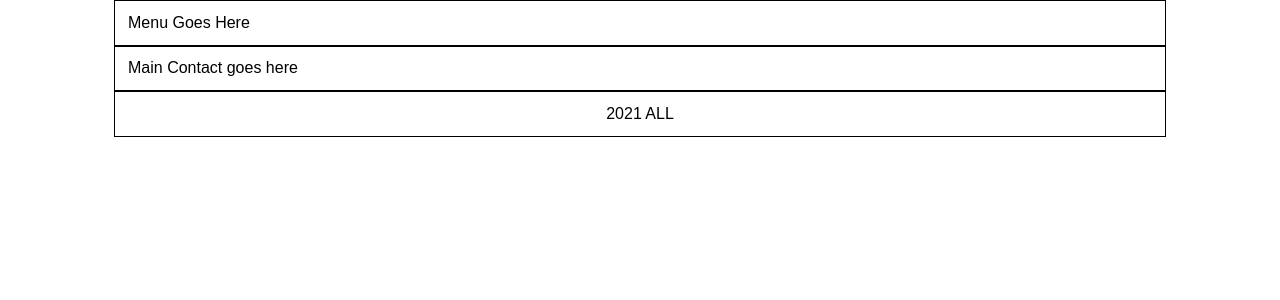
Repository: yazshrilld/food_order
Page: http://localhost/admin/index.php
These files come from the project's save history. The page is drawn as it stood at one moment and after the next save; the edit follows.
The browser window is 1280 px wide. The pictures show the whole page.
The page is run by PHP 8.4 with error messages shown; the project is at /var/www/html/.

Above is the page before, as saved 2021-01-24 16:07:00.

After the next save:
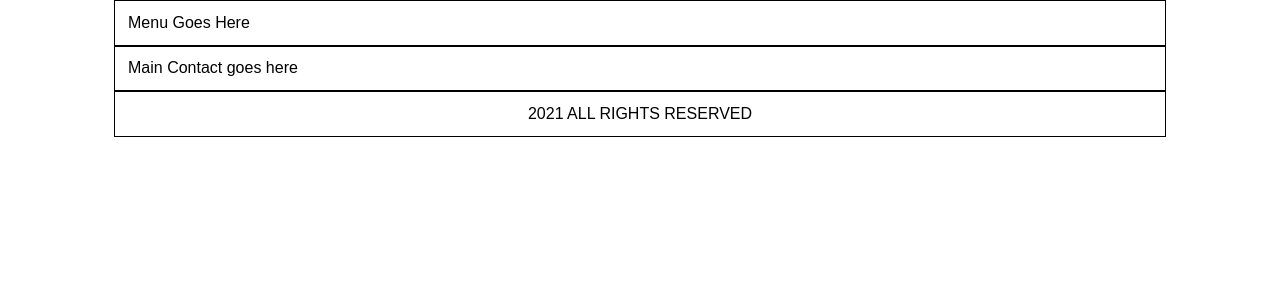
Saved 4 s later.
--- a/admin/index.php
+++ b/admin/index.php
@@ -23,7 +23,7 @@
         <!-- Footer Section Starts -->
             <div class="footer">
                 <div class="wrapper">
-                    <p class="text-center">2021 ALL </p>
+                    <p class="text-center">2021 ALL RIGHTS RESERVED</p>
                 </div>
             </div>
         <!-- Footer Section Ends -->
